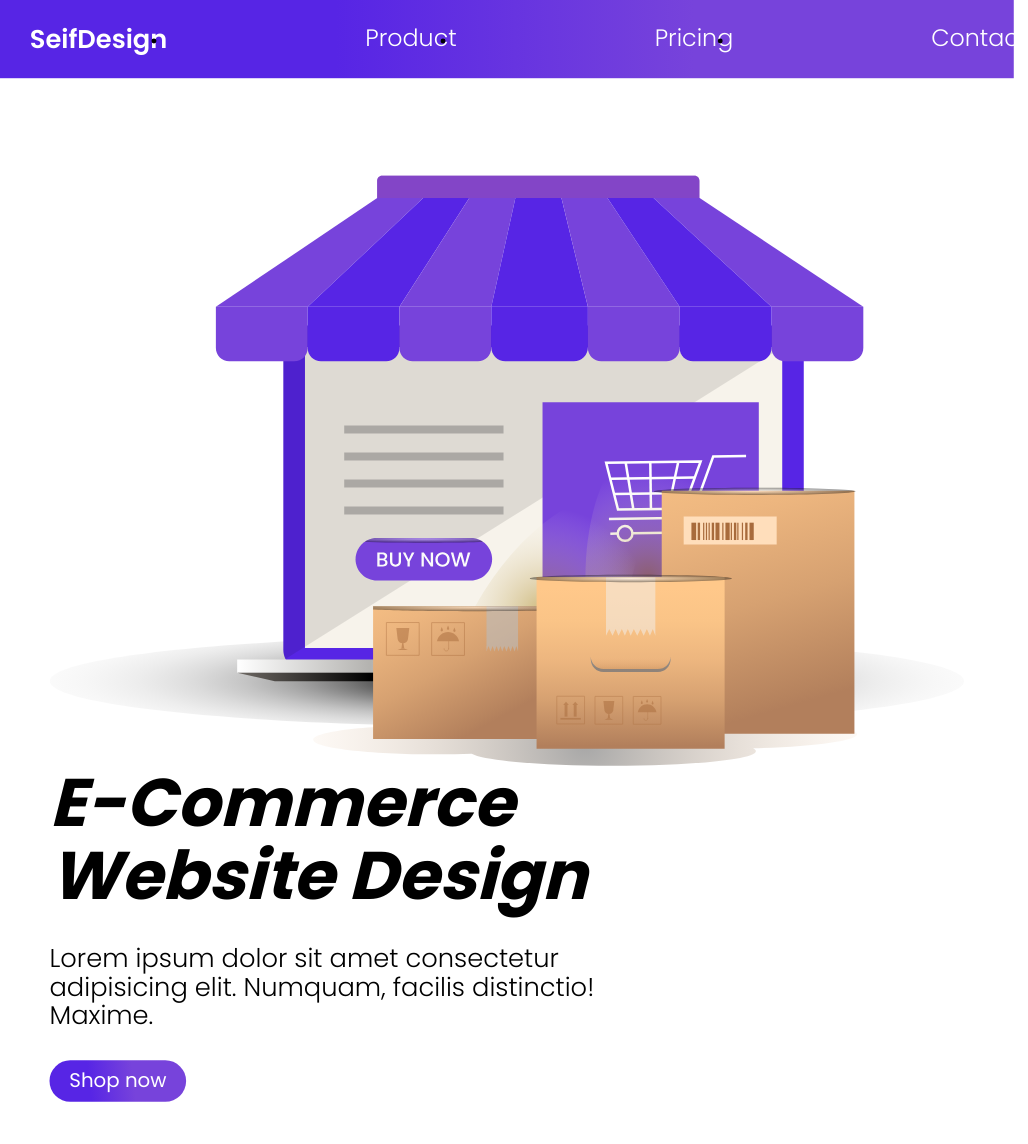
Repository: MehdiKerimov/figma-task-19
Page: pages/homePage/index.html
An editor plug-in stored every save of this project. The page is shown before and after the next save, followed by the edit.
The browser window is 1024 px wide. The page is 1038 px wide, then 1024 px, so the pictures cover 1038 px, including what lies to the right of the window. The pictures show the whole page, at 99% of full size.
The style sheet was rebuilt from its Sass, Less or Tailwind sources for each picture, by a compiler version that may differ from the author's.

Above is the page before, as saved 2024-01-20 15:34:04.

### pages/homePage/index.html
<!DOCTYPE html>
<html lang="en">
  <head>
    <meta charset="UTF-8" />
    <meta name="viewport" content="width=device-width, initial-scale=1.0" />
    <title>Document</title>
    <link rel="stylesheet" href="../../assets/css/reset.css" />
    <link rel="stylesheet" href="index.css" />
  </head>
  <body>
    <div class="container">
      <nav>
        <h1>SeifDesign</h1>
        <ul>
          <li>
                    <a href="">Product</a>

          </li>
          <li>
                    <a href="">Pricing</a>

          </li>
          <li>        <a href="">Contact</a>
</li>
        </ul>
      </nav>
      <main>
        <div class="left-container">
          <h2>E-Commerce Website Design</h2>
          <p>
            Lorem ipsum dolor sit amet consectetur adipisicing elit. Numquam,
            facilis distinctio! Maxime.
          </p>
          <button><a href="">Shop now</a></button>
        </div>

        <img src="../../assets/images/Group (3).svg" alt="" />
      </main>
    </div>
  </body>
</html>

### assets/css/reset.css
*{
    margin: 0;
    padding: 0;
    box-sizing: border-box;
}

button{
    border: none;
}
a{
    text-decoration: none;
}

### pages/homePage/index.scss
@import url("https://fonts.googleapis.com/css2?family=Poppins:wght@300;400;600;700&display=swap");
.container {
  min-height: 100vh;
  /* padding: 30px 30px 43px 30px; */
  nav {
    padding: 20px 30px;
    display: flex;
    background: linear-gradient(270deg, #7743db 31.64%, #5725e5 66.78%);
    h1 {
      color: #fff;
      font-family: Poppins;
      font-size: 26px;
      font-style: normal;
      font-weight: 600;
      line-height: normal;
    }
    ul{
      display: flex;
      @media screen and (max-width:1024px) {
      ;
      }
      a {
        text-decoration: none;
        margin-left: 200px;
        color: #fff;
        text-align: center;
        font-family: Poppins;
        font-size: 24px;
        font-style: normal;
        font-weight: 300;
        line-height: normal;
      }
    }

  }
  main {
    display: flex;
    padding: 98px 50px 43px 50px;
    @media screen and (max-width:1024px) {
      flex-direction: column-reverse;
    }
    h2 {
      width: 608px;
      font-family: Poppins;
      font-size: 68px;
      font-style: italic;
      font-weight: 700;
      line-height: 109%;
    }
    p {
      margin-top: 32px;
      margin-bottom: 32px;
      width: 608px;
      color: #000;
      font-family: Poppins;
      font-size: 26px;
      font-style: normal;
      font-weight: 300;
      line-height: 109%;
    }
    button {
      padding: 10px 20px;
      border-radius: 25px;
      background: linear-gradient(263deg, #7743db 38.81%, #5725e5 70.24%);
      a {
        color: #fff;
        font-family: Poppins;
        font-size: 20px;
        font-style: normal;
        font-weight: 400;
        line-height: 109%;
      }
    }
  }
}

After the next save:
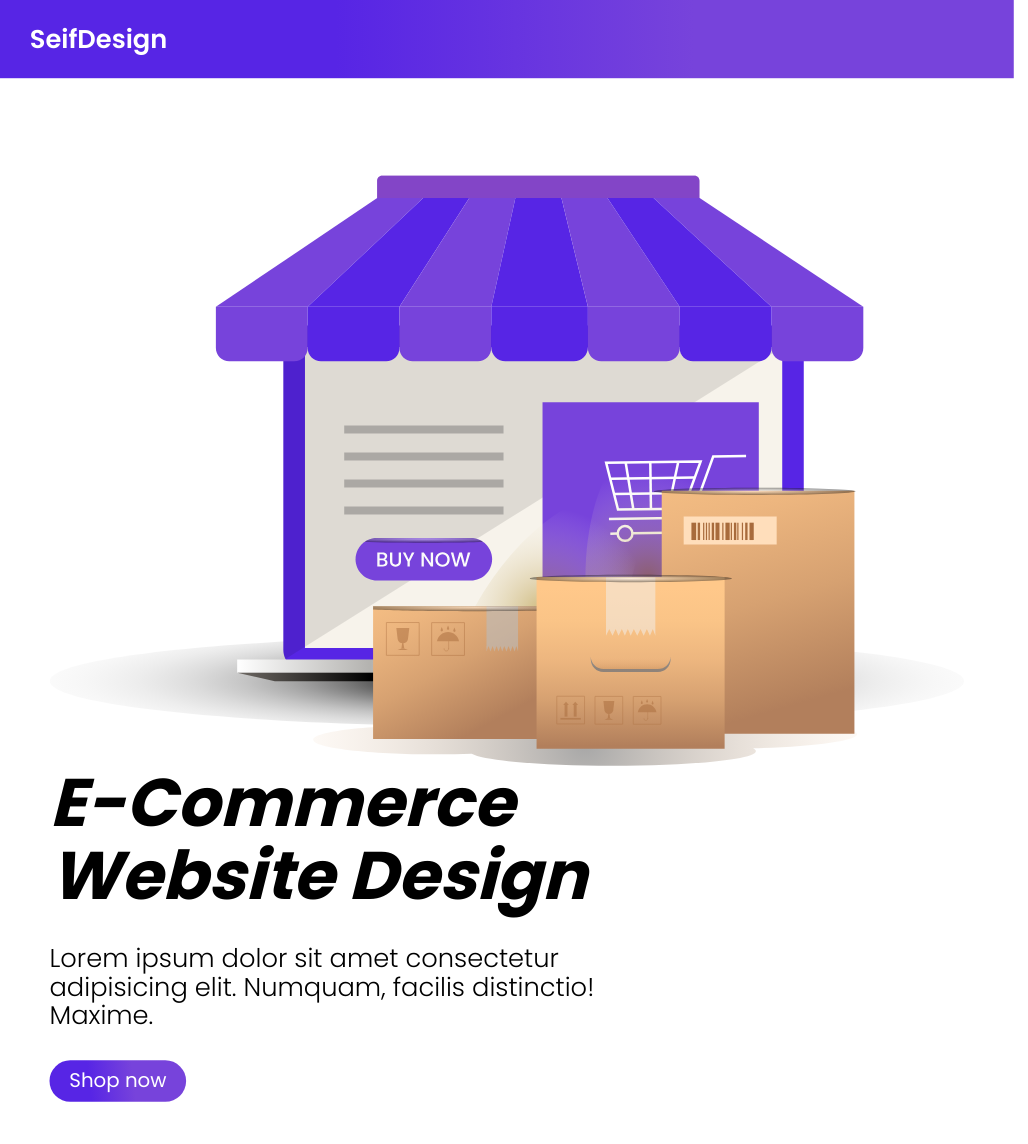
Saved 4 s later.
--- a/pages/homePage/index.scss
+++ b/pages/homePage/index.scss
@@ -17,7 +17,7 @@
     ul{
       display: flex;
       @media screen and (max-width:1024px) {
-      ;
+      display: none;;
       }
       a {
         text-decoration: none;
